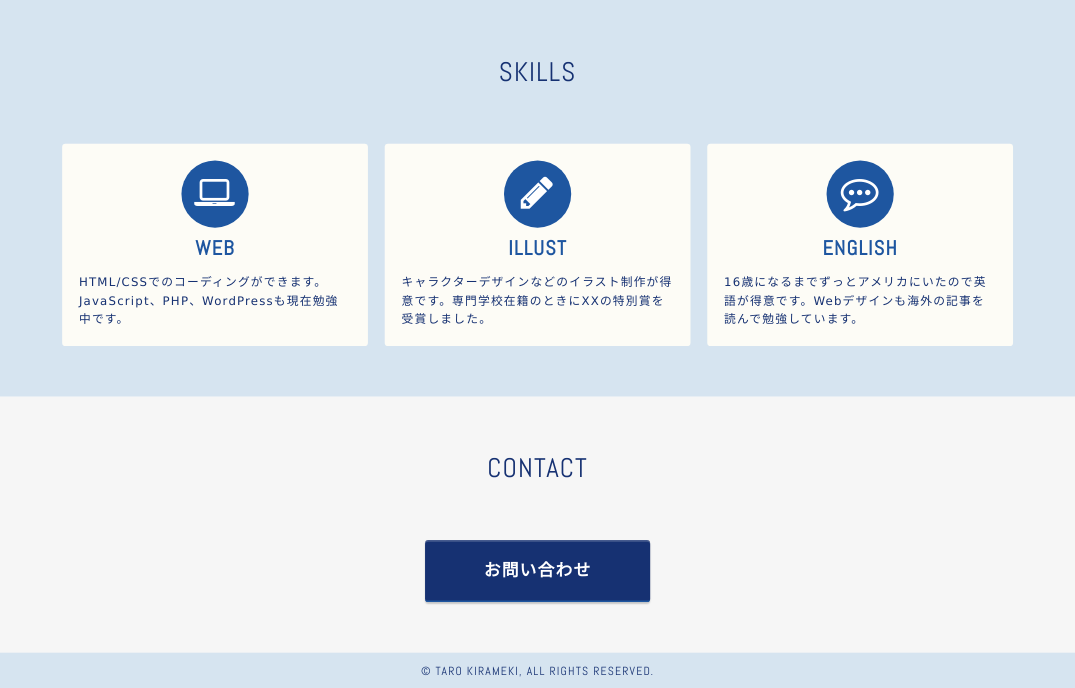
Repository: ryutaro-tsukamoto/responsive-site
Page: index.html
The author's editor kept a record of every edit. The page is drawn from the files as they stood at one moment, then again after the next edit.
The browser window is 1280 px wide. The pictures show the whole page, at 84% of full size.
Some web libraries are served in a nearby version.

Above is the page before.

After the next edit:
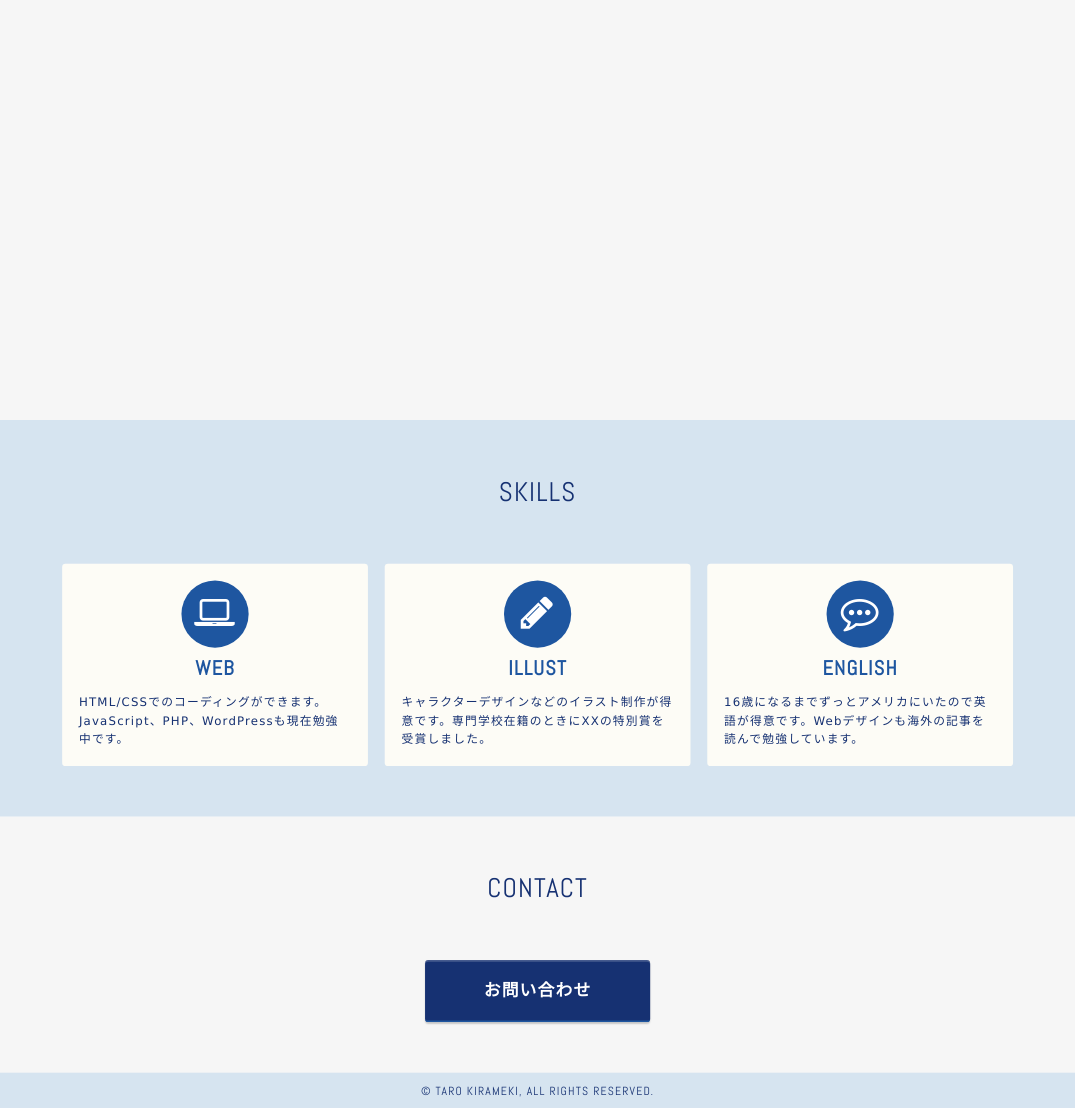
The edit:
--- a/css/style.css
+++ b/css/style.css
@@ -100,7 +100,7 @@
 header .main-img
 {
     width: 100%;
-    height: 500px
+    height: 500px;
     background-size: cover;
     background-position: center center;
 }
